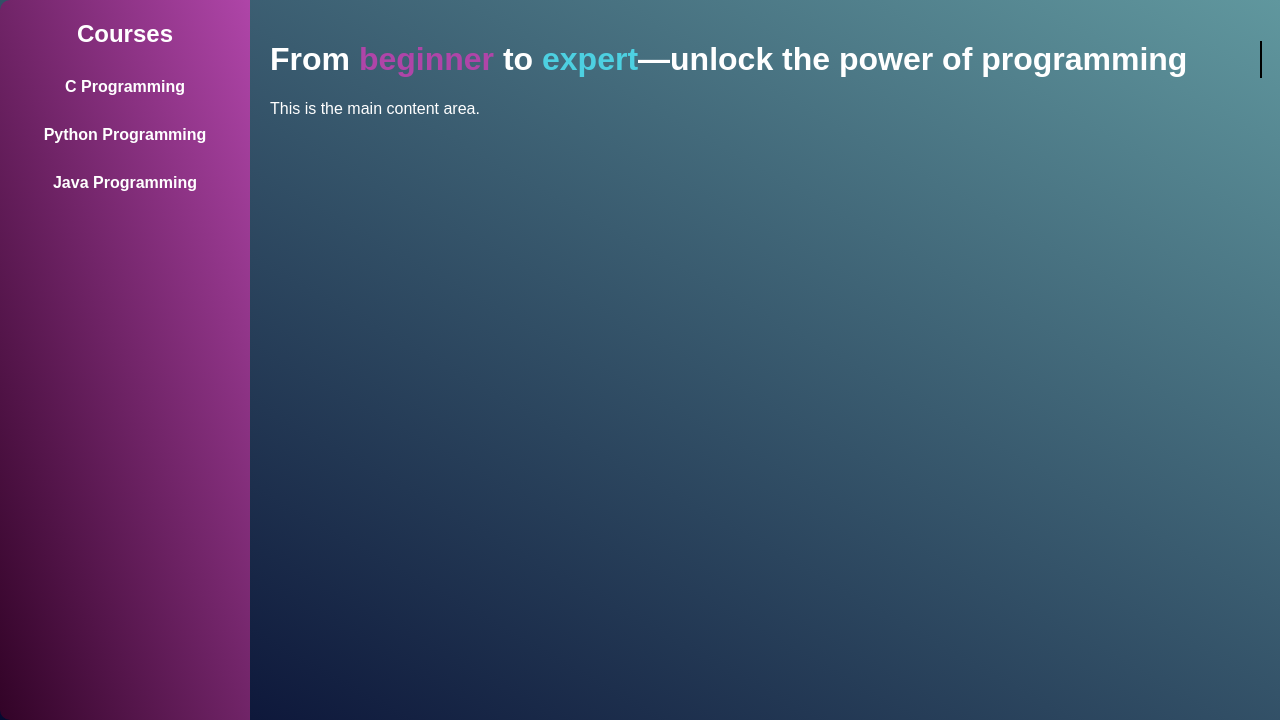
Repository: RishitSharma88/SeaGro
Page: templates/learningcourses.html
These files come from the project's save history. The page is drawn as it stood at one moment and after the next save; the edit follows.
The browser window is 1280 px wide. The pictures show the whole page.
The template is drawn by Flask 3. The application's start-up code is not run. The template is opened directly, without the code that normally fills it, so the values that code supplies are empty.

Above is the page before, as saved 2024-12-28 14:07:30.

After the next save:
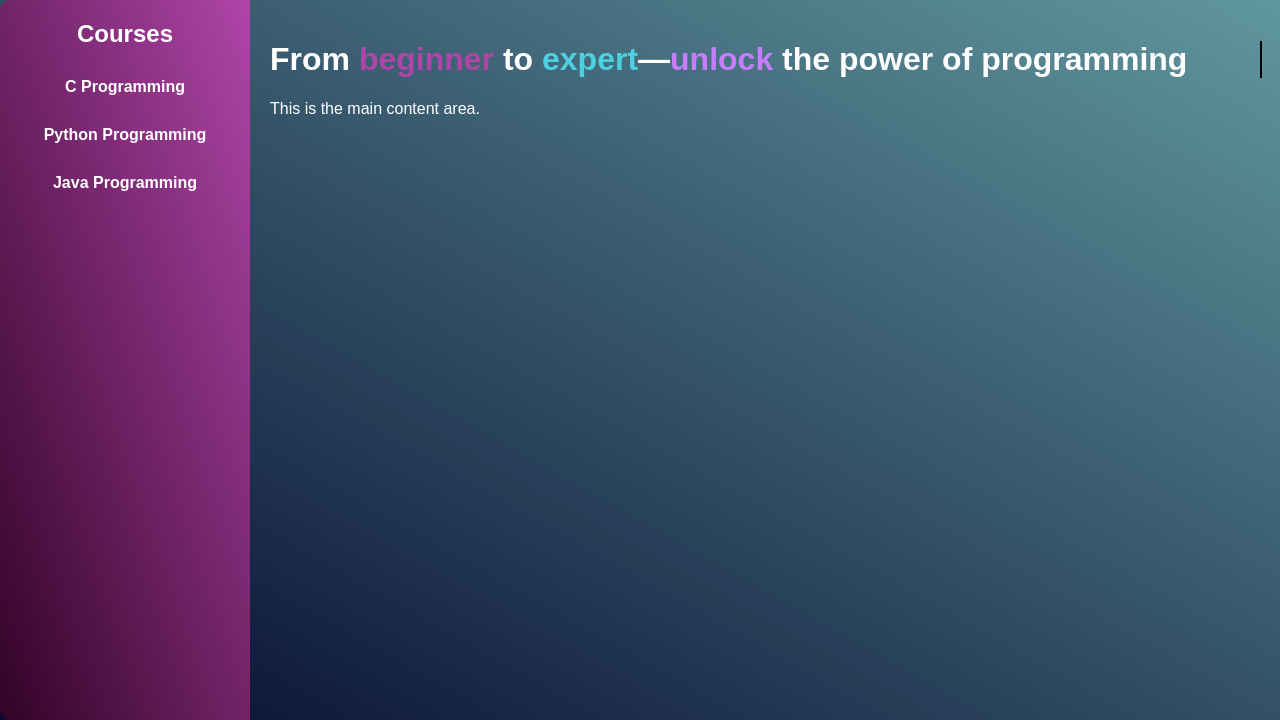
Saved 2 min 20 s later.
--- a/templates/learningcourses.html
+++ b/templates/learningcourses.html
@@ -86,12 +86,9 @@
                 border-color: transparent;
             }
         }
-        .highlight1{
-            color:#af45a8
-        }
-        .highlight2{
-            color:#4dd0e1
-        }
+        .highlight{color: #af45a8; }  /* Purple */
+        .expert { color: #4dd0e1; }     /* Cyan */
+        .unlock { color: #c77dff; }     /* Light Purple */
 
         /*.sidebar.collapsed {
             transform: translateX(-250px);
@@ -139,7 +136,7 @@
 
     <div class="main-content">
         <h1 class="typing">
-            From <span class="highlight1">beginner</span> to <span class="highlight2">expert</span>—unlock the power of programming
+            From <span class="highlight">beginner</span> to <span class="expert">expert</span>—<span class="unlock">unlock</span> the power of programming
         </h1>
         <p>This is the main content area.</p>
     </div>

After the save that followed:
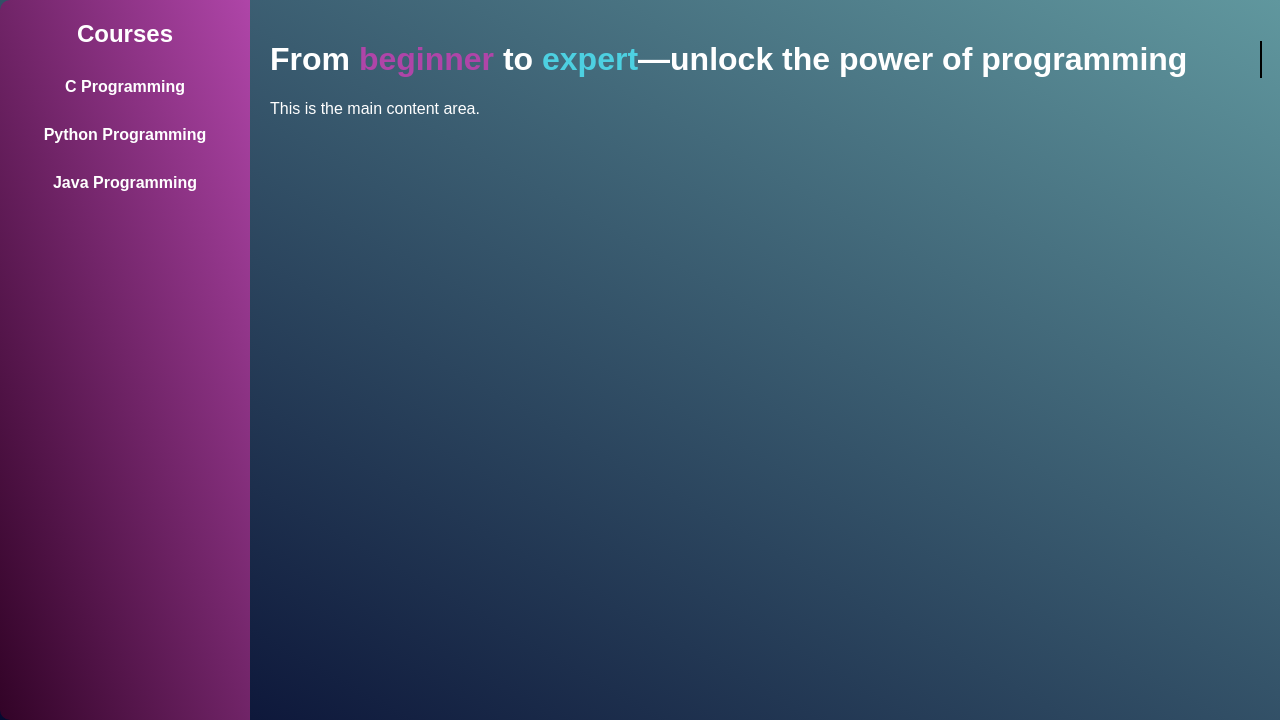
Saved 34 s later.
--- a/templates/learningcourses.html
+++ b/templates/learningcourses.html
@@ -136,7 +136,7 @@
 
     <div class="main-content">
         <h1 class="typing">
-            From <span class="highlight">beginner</span> to <span class="expert">expert</span>—<span class="unlock">unlock</span> the power of programming
+            From <span class="highlight">beginner</span> to <span class="expert">expert</span>—unlock the power of programming
         </h1>
         <p>This is the main content area.</p>
     </div>
